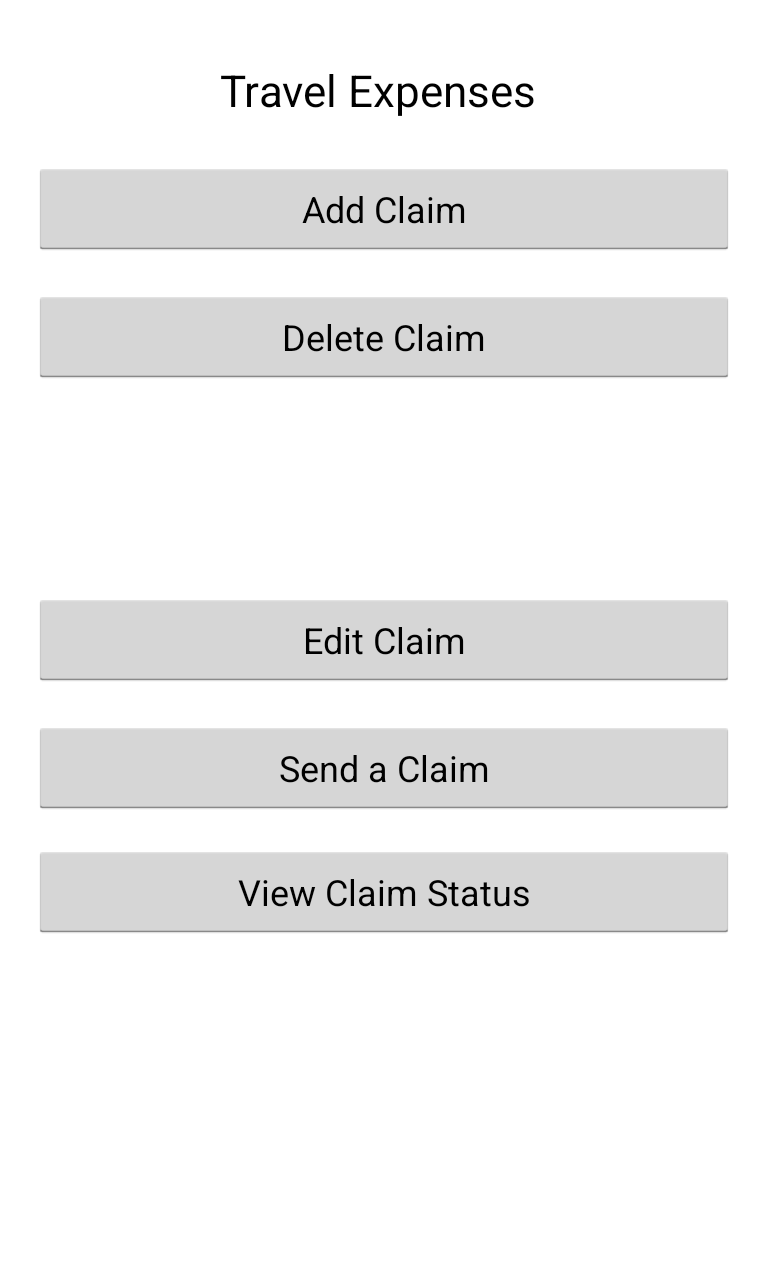
Repository: ReverseOni/Assignment1
Layout: MamesserAssign1/res/layout/activity_main.xml
The author's editor kept a copy of each file at every save. The layout is drawn from the files as they stood at one save, then again after the next save.
It is drawn on a 768 x 1280 px phone screen (xhdpi) without system bars, with theme AppTheme; the app's code is not run. The app's manifest (not shown) leaves right-to-left support off. So textAlignment, textDirection and layoutDirection are ignored, and left and right values win over start and end ones.

Above is the layout before, as saved 2015-01-24 18:35:27.

### MamesserAssign1/res/layout/activity_main.xml
<RelativeLayout xmlns:android="http://schemas.android.com/apk/res/android"
    xmlns:tools="http://schemas.android.com/tools"
    android:layout_width="match_parent"
    android:layout_height="match_parent"
    android:paddingBottom="@dimen/activity_vertical_margin"
    android:paddingLeft="@dimen/activity_horizontal_margin"
    android:paddingRight="@dimen/activity_horizontal_margin"
    android:paddingTop="@dimen/activity_vertical_margin"
    tools:context="cs.ualberta.ca.mamesserassign1.MainActivity" >

    <TextView
        android:id="@+id/createClaimTitle"
        android:layout_width="wrap_content"
        android:layout_height="wrap_content"
        android:layout_alignParentTop="true"
        android:layout_centerHorizontal="true"
        android:layout_marginTop="14dp"
        android:text="@string/travel_expenses_"
        android:textAppearance="?android:attr/textAppearanceLarge" />

    <Button
        android:id="@+id/AddClaimButton"
        android:layout_width="match_parent"
        android:layout_height="wrap_content"
        android:layout_alignStart="@+id/DeleteClaimButton"
        android:layout_alignLeft="@+id/DeleteClaimButton"
        android:layout_alignEnd="@+id/DeleteClaimButton"
        android:layout_alignRight="@+id/DeleteClaimButton"
        android:layout_below="@+id/createClaimTitle"
        android:layout_marginTop="21dp"
        android:text="Add Claim" />

    <Button
        android:id="@+id/EditClaimButton"
        android:layout_width="wrap_content"
        android:layout_height="wrap_content"
        android:layout_alignLeft="@+id/DeleteClaimButton"
        android:layout_alignRight="@+id/DeleteClaimButton"
        android:layout_centerVertical="true"
        android:text="Edit Claim" />

    <Button
        android:id="@+id/SendingClaimButton"
        android:layout_width="wrap_content"
        android:layout_height="wrap_content"
        android:layout_alignLeft="@+id/EditClaimButton"
        android:layout_alignRight="@+id/EditClaimButton"
        android:layout_below="@+id/EditClaimButton"
        android:layout_marginTop="16dp"
        android:text="Send a Claim" />

    <Button
        android:id="@+id/ClaimStatusButton"
        android:layout_width="wrap_content"
        android:layout_height="wrap_content"
        android:layout_alignLeft="@+id/SendingClaimButton"
        android:layout_alignRight="@+id/SendingClaimButton"
        android:layout_below="@+id/SendingClaimButton"
        android:layout_marginTop="14dp"
        android:text="View Claim Status" />

    <Button
        android:id="@+id/DeleteClaimButton"
        android:layout_width="match_parent"
        android:layout_height="wrap_content"
        android:layout_below="@+id/AddClaimButton"
        android:layout_centerHorizontal="true"
        android:layout_marginTop="16dp"
        android:text="Delete Claim" />

</RelativeLayout>

### MamesserAssign1/res/values/strings.xml
<?xml version="1.0" encoding="utf-8"?>
<resources>

    <string name="app_name">MamesserAssign1</string>
    <string name="action_settings">Settings</string>
    <string name="travel_expenses_">"Travel Expenses "</string>

</resources>

Loaded but not shown: MamesserAssign1/res/values/styles.xml (common file); MamesserAssign1/res/values-v11/styles.xml (common file); MamesserAssign1/res/values-v14/styles.xml (common file); MamesserAssign1/res/values/dimens.xml (common file); MamesserAssign1/res/values-w820dp/dimens.xml (common file)

After the next save:
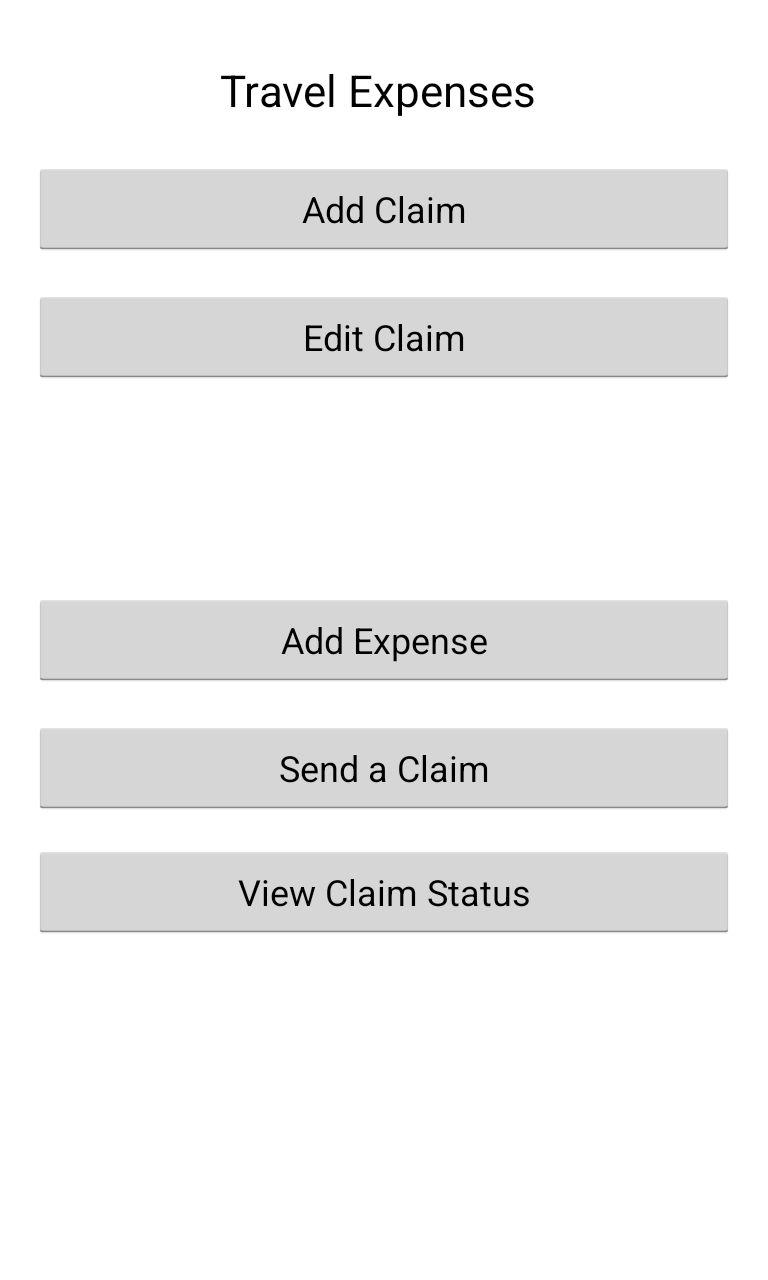
Saved 29 min 26 s later.
--- a/MamesserAssign1/res/layout/activity_main.xml
+++ b/MamesserAssign1/res/layout/activity_main.xml
@@ -37,7 +37,7 @@
         android:layout_alignLeft="@+id/DeleteClaimButton"
         android:layout_alignRight="@+id/DeleteClaimButton"
         android:layout_centerVertical="true"
-        android:text="Edit Claim" />
+        android:text="Add Expense" />
 
     <Button
         android:id="@+id/SendingClaimButton"
@@ -66,6 +66,6 @@
         android:layout_below="@+id/AddClaimButton"
         android:layout_centerHorizontal="true"
         android:layout_marginTop="16dp"
-        android:text="Delete Claim" />
+        android:text="Edit Claim" />
 
 </RelativeLayout>
